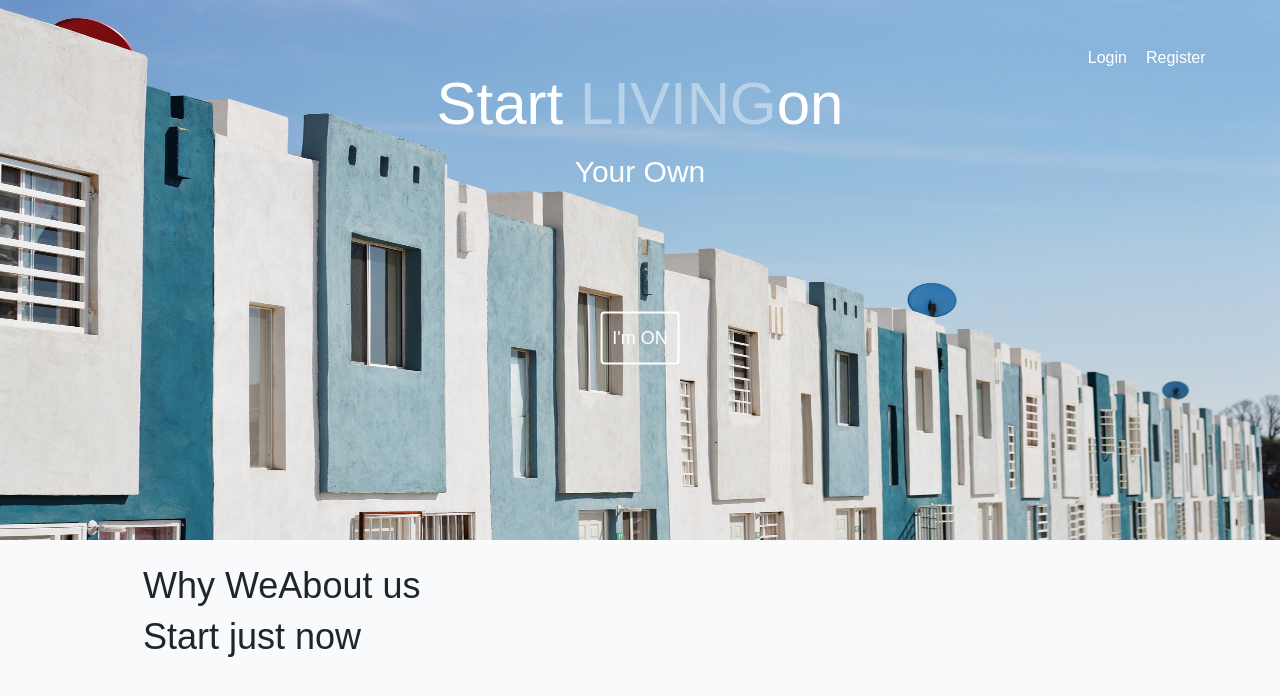
Repository: PatryxB/buildHouse
Page: http://localhost/
These files come from the project's save history. The page is drawn as it stood at one moment and after the next save; the edit follows.
The browser window is 1280 px wide. The pictures show the whole page.
Some web fonts or font styles are not loaded; a fallback is used. The page is served by the project's Laravel application, run on PHP 8.4 with Laravel 8. Style sheets and scripts are compiled from the project's sources, by tool versions that may differ from the author's.

Above is the page before, as saved 2020-04-30 20:33:12.

After the next save:
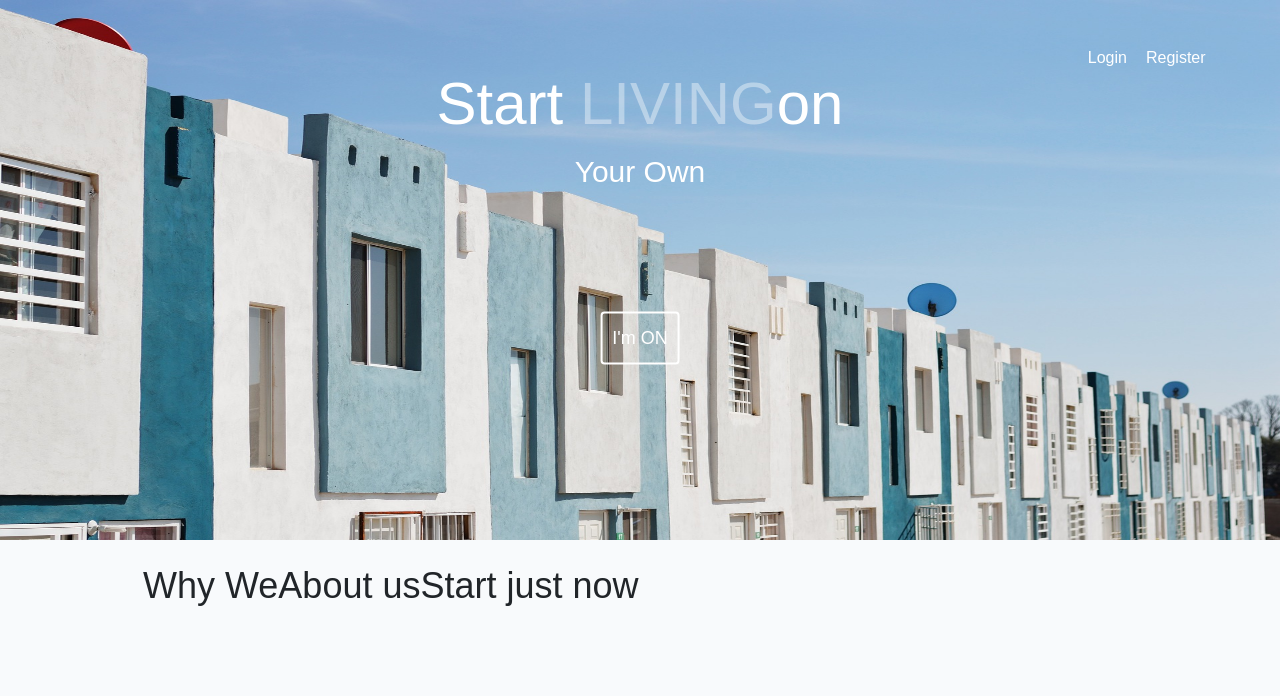
Saved 18 s later.
--- a/resources/views/welcome.blade.php
+++ b/resources/views/welcome.blade.php
@@ -29,7 +29,7 @@
 
             <div class="container">
                 <div style="float:left"><h1>Why We</h1></div>
-                <div><h1>About us</h1></div>
+                <div style="float:left"><h1>About us</h1></div>
                 <div><h1>Start just now</h1></div>
             </div>
 
